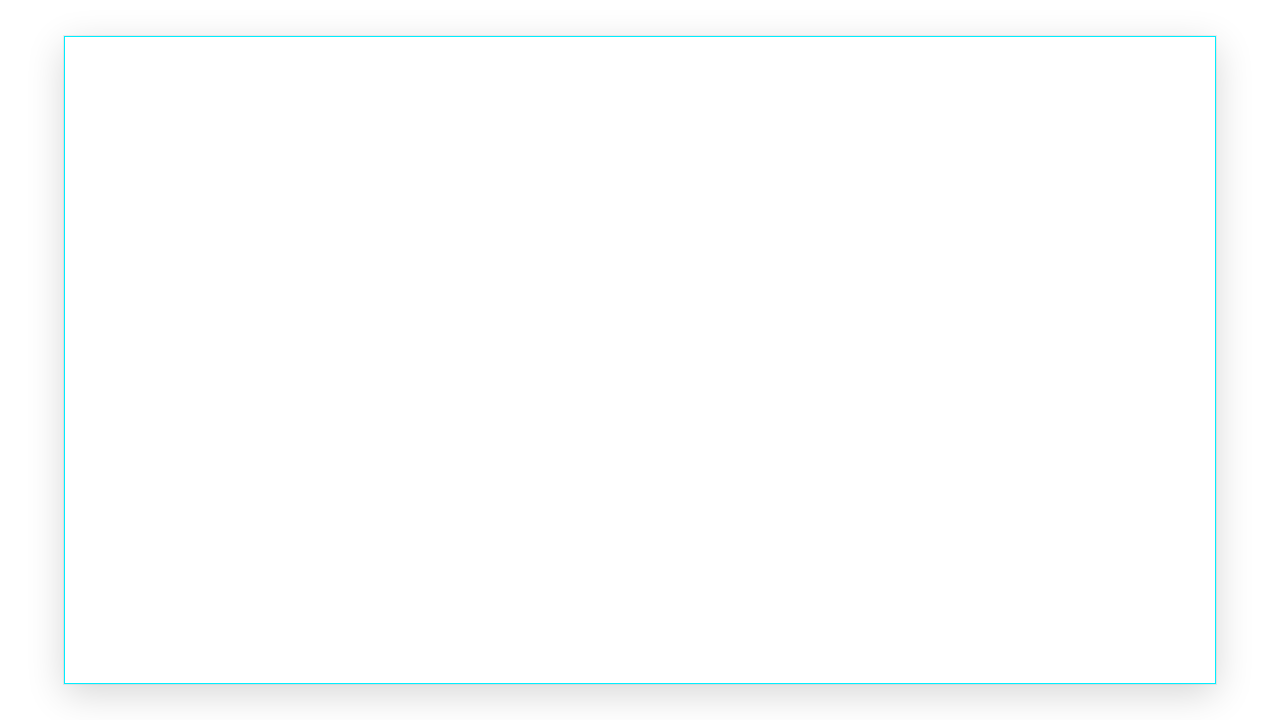
Repository: swastikjhacoder/mern-chat-frontend-only
Page: /
These files come from the project's save history. The page is drawn as it stood at one moment and after the next save; the edit follows.
The browser window is 1280 px wide. The pictures show the whole page.
The project was rebuilt for these pictures with package versions that can differ from the ones it lists, and the page was loaded fresh each time. Also part of the build but not shown: src/components/Login.jsx, src/components/SignUp.jsx.

Above is the page before, as saved 2023-09-21 16:52:00.

### src/index.js
import React from "react";
import ReactDOM from "react-dom/client";
import "./index.css";
import App from "./App";
import { BrowserRouter } from "react-router-dom";
import { Provider } from "react-redux";
import { store } from "./redux/store";

const root = ReactDOM.createRoot(document.getElementById("root"));
root.render(
  <React.StrictMode>
    <Provider store={store}>
      <BrowserRouter>
        <App />
      </BrowserRouter>
    </Provider>
  </React.StrictMode>
);

### src/index.css
@import url('https://fonts.googleapis.com/css2?family=Poppins:ital,wght@0,100;0,200;0,300;0,400;0,500;0,600;0,700;0,800;0,900;1,400&display=swap');

:root {
  --border-color: #0ef;
  --box-shadow: rgba(0, 0, 0, 0.16) 0px 10px 36px 0px, rgba(0, 0, 0, 0.06) 0px 0px 0px 1px;
}

* {
  margin: 0;
  padding: 0;
  box-sizing: border-box;
  font-family: 'Poppins', sans-serif;
}

body {
  display: flex;
  flex-direction: column;
  justify-content: center;
  align-items: center;
}

.app-container {
  display: flex;
  width: 100vw;
  height: 100vh;
  flex-direction: column;
  justify-content: center;
  align-items: center;
}

.main-container {
  display: flex;
  justify-content: center;
  align-items: center;
  width: 90vw;
  height: 90vh;
  border: 1px solid var(--border-color);
  box-shadow: var(--box-shadow);
}

### src/App.js
// import { Button } from "@mui/material";
// import React from "react";
// import { useSelector, useDispatch } from "react-redux";
// import { toggleDarkMode, addUser, removeUser } from './redux/liveChatSlice';

// function App() {
//   const dispatch = useDispatch();
//   const mode = useSelector((state) => state.liveChat.mode);
//   const userInfo = useSelector((state) => state.liveChat.userInfo);
//   const background = useSelector( ( state ) => state.liveChat.background );
//   console.log(mode);
//   console.log(userInfo);
//   console.log(background);
//   return (
//     <>
//       <Button onClick={() => dispatch(toggleDarkMode())}>Click Me</Button>
//     </>
//   );
// }

// export default App;

import React from "react";
import { useSelector } from "react-redux";
import "./index.css";
import { Routes, Route } from "react-router-dom";
import MainContainer from "./components/MainContainer";
import Login from "./components/Login";
import SignUp from "./components/SignUp";
import ChatContainer from "./components/ChatContainer";

const App = () => {
  const background = useSelector((state) => state.liveChat.background);
  console.log(background);
  return (
    <>
      <div style={{ backgroundColor: background }} className="app-container">
        <Routes>
          <Route path="/" element={<MainContainer />}>
            <Route path="login" element={<Login />} />
            <Route path="signup" element={<SignUp />} />
            <Route path="chat" element={<ChatContainer />} />
          </Route>
        </Routes>
      </div>
    </>
  );
};

export default App;

### src/redux/store.js
import { configureStore } from '@reduxjs/toolkit';
import liveChatReducer from './liveChatSlice';

export const store = configureStore({
  reducer: {
    liveChat: liveChatReducer,
  },
});

### src/components/MainContainer.jsx
import React from "react";
import { Outlet } from "react-router-dom";
import { useSelector } from "react-redux";
import Login from "./Login";
import ChatContainer from "./ChatContainer";

const MainContainer = () => {
  const user = useSelector( ( state ) => state.liveChat.userInfo );
  console.log( user );
  return (
    <>
      <div className="main-container">
        {/* { user ? <ChatContainer/> : <Login /> } */ }
        <ChatContainer/>
      </div>
      <Outlet />
    </>
  );
};

export default MainContainer;

### src/components/ChatContainer.jsx
import React from 'react'

const ChatContainer = () => {
  return (
    <div className='main-contaoiner'>

    </div>
  )
}

export default ChatContainer

### src/redux/liveChatSlice.js
import { createSlice } from "@reduxjs/toolkit";

const initialState = {
  mode: JSON.parse(localStorage.getItem("darkMode")) || false,
  userInfo: null,
  background: JSON.parse(localStorage.getItem("backgroundColor")) || "#fff",
};

export const liveChatSlice = createSlice({
  name: "liveChat",
  initialState,
  reducers: {
    toggleDarkMode: (state) => {
      state.mode = !state.mode;
      if (!state.mode) {
        state.background = "#fff";
      } else {
        state.background = "#081b29";
      }
      localStorage.setItem("darkMode", JSON.stringify(state.mode));
      localStorage.setItem("backgroundColor", JSON.stringify(state.background));
    },
    addUser: (state, action) => {
      state.userInfo = action.payload;
    },
    removeUser: (state) => {
      state.userInfo = null;
    },
  },
});

export const { toggleDarkMode, addUser, removeUser } =
  liveChatSlice.actions;
export default liveChatSlice.reducer;

After the next save:
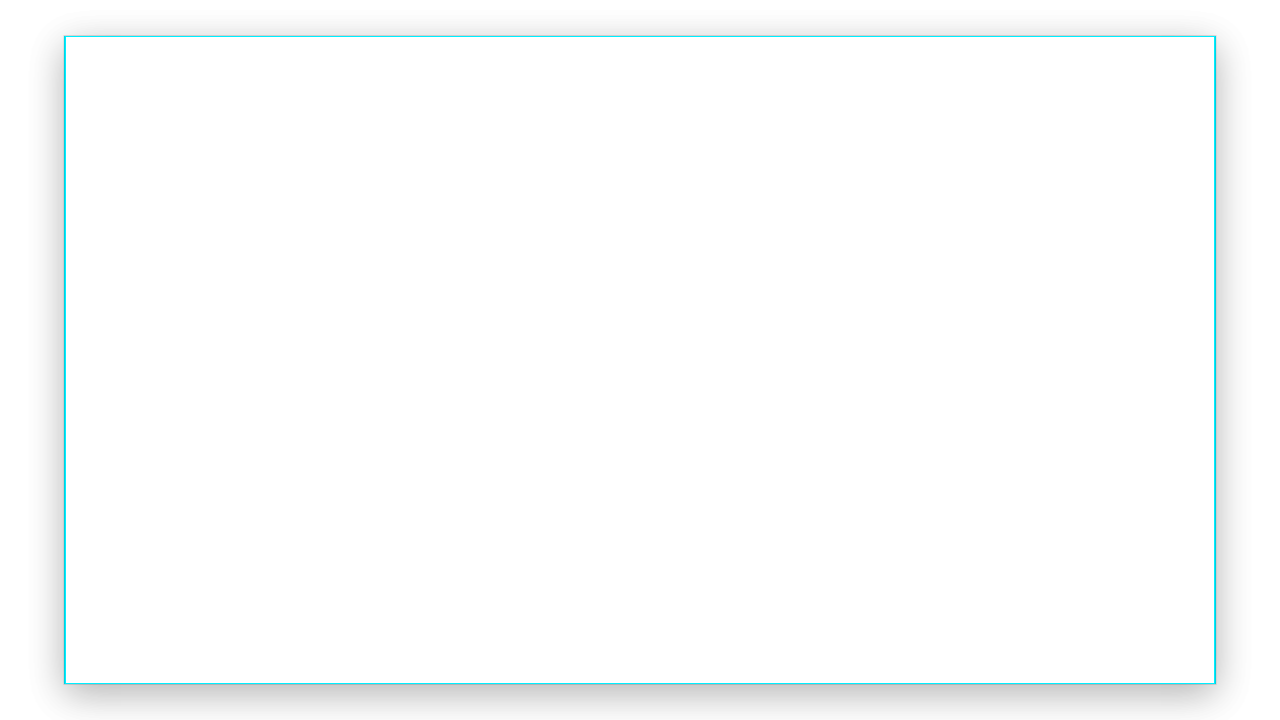
Saved 5 s later.
--- a/src/components/ChatContainer.jsx
+++ b/src/components/ChatContainer.jsx
@@ -2,7 +2,7 @@ import React from 'react'
 
 const ChatContainer = () => {
   return (
-    <div className='main-contaoiner'>
+    <div className='main-container'>
 
     </div>
   )
